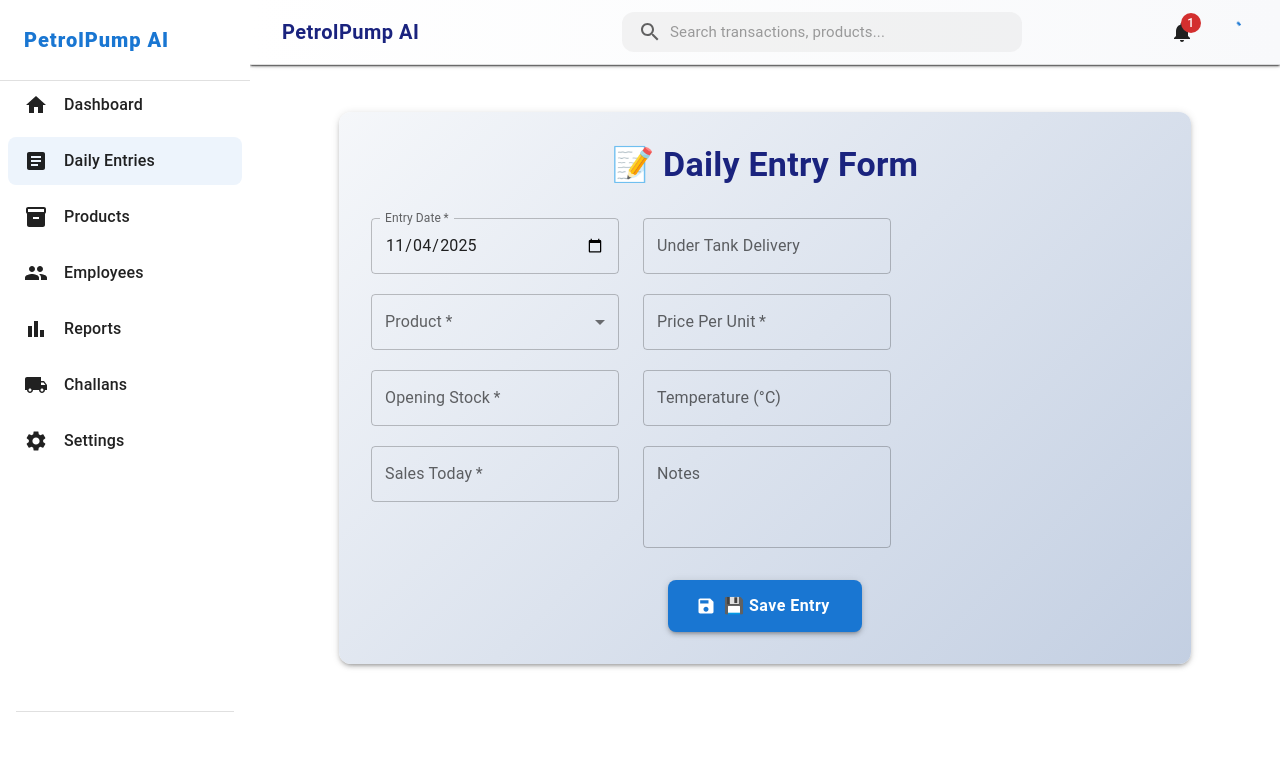
Repository: saquib0509/AI-Enabled-Retail-Management-
Page: /entries (app in frontend/)
An editor plug-in stored every save of this project. The page is shown before and after the next save, followed by the edit.
The browser window is 1280 px wide. The pictures show the whole page.
The page's requests for data from a server got no answer. The project was rebuilt for these pictures with package versions that can differ from the ones it lists, and the page was loaded fresh each time. No one was signed in, and anything a server would have sent is missing. Also part of the build but not shown: frontend/vite.config.ts, frontend/src/pages/Dashboard.tsx, frontend/src/components/EmployeeList.tsx, frontend/src/components/EmployeeForm.tsx, frontend/src/components/EmployeeAttendance.tsx, frontend/src/components/EmployeeSalary.tsx, frontend/src/pages/Employees.tsx, frontend/src/pages/Products.tsx and 10 more.

Above is the page before, as saved 2025-11-08 23:08:10.

After the next save:
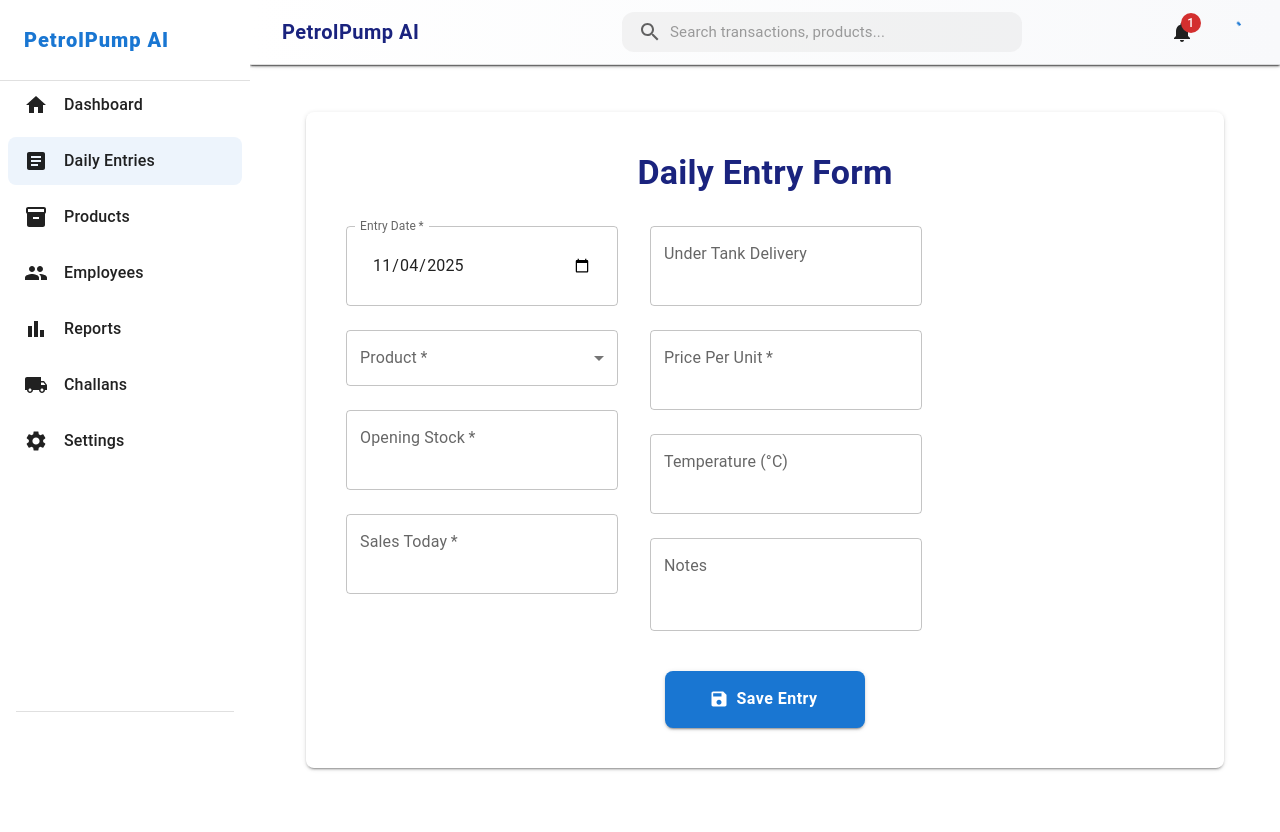
Saved 2 min 35 s later.
--- a/frontend/src/components/DailyEntryForm.tsx
+++ b/frontend/src/components/DailyEntryForm.tsx
@@ -76,7 +76,7 @@
     api
       .post("/daily-entries", formData)
       .then(() => {
-        alert("✓ Entry saved successfully!");
+        alert("Entry saved successfully!");
         setFormData({
           entryDate: new Date().toISOString().slice(0, 10),
           productId: "",
@@ -89,19 +89,19 @@
         });
       })
       .catch((err) =>
-        alert("❌ Failed: " + (err.response?.data?.error || err.message))
+        alert("Failed: " + (err.response?.data?.error || err.message))
       )
       .finally(() => setLoading(false));
   };
 
   return (
-    <Container maxWidth="md" sx={{ py: 4 }}>
+    <Container maxWidth="lg" sx={{ py: 4 }}>
       <Paper
-        elevation={3}
+        elevation={2}
         sx={{
-          p: 4,
-          borderRadius: 3,
-          background: "linear-gradient(135deg, #f5f7fa 0%, #c3cfe2 100%)",
+          p: 5,
+          borderRadius: 2,
+          background: "#ffffff",
         }}
       >
         <Typography
@@ -110,7 +110,7 @@
           gutterBottom
           sx={{ fontWeight: 700, color: "#1a237e", mb: 4 }}
         >
-          📝 Daily Entry Form
+          Daily Entry Form
         </Typography>
 
         <Box
@@ -118,10 +118,10 @@
           onSubmit={handleSubmit}
         >
           {/* Grid Layout - 2 Columns */}
-          <Grid container spacing={3}>
+          <Grid container spacing={4}>
             {/* Column 1 - Left Side */}
             <Grid item xs={12} sm={6}>
-              <Box sx={{ display: "flex", flexDirection: "column", gap: 2.5 }}>
+              <Box sx={{ display: "flex", flexDirection: "column", gap: 3 }}>
                 {/* Entry Date */}
                 <TextField
                   fullWidth
@@ -133,6 +133,13 @@
                   InputLabelProps={{ shrink: true }}
                   required
                   variant="outlined"
+                  size="medium"
+                  sx={{
+                    "& .MuiOutlinedInput-root": {
+                      fontSize: "1rem",
+                      padding: "12px",
+                    },
+                  }}
                 />
 
                 {/* Product */}
@@ -143,6 +150,13 @@
                     value={formData.productId}
                     label="Product"
                     onChange={handleChange}
+                    size="medium"
+                    sx={{
+                      "& .MuiOutlinedInput-root": {
+                        fontSize: "1rem",
+                        padding: "12px",
+                      },
+                    }}
                   >
                     <MenuItem value="">Select Product</MenuItem>
                     {products.map((p) => (
@@ -163,6 +177,13 @@
                   onChange={handleChange}
                   required
                   variant="outlined"
+                  size="medium"
+                  sx={{
+                    "& .MuiOutlinedInput-root": {
+                      fontSize: "1rem",
+                      padding: "12px",
+                    },
+                  }}
                 />
 
                 {/* Sales Today */}
@@ -175,13 +196,20 @@
                   onChange={handleChange}
                   required
                   variant="outlined"
+                  size="medium"
+                  sx={{
+                    "& .MuiOutlinedInput-root": {
+                      fontSize: "1rem",
+                      padding: "12px",
+                    },
+                  }}
                 />
               </Box>
             </Grid>
 
             {/* Column 2 - Right Side */}
             <Grid item xs={12} sm={6}>
-              <Box sx={{ display: "flex", flexDirection: "column", gap: 2.5 }}>
+              <Box sx={{ display: "flex", flexDirection: "column", gap: 3 }}>
                 {/* Under Tank Delivery */}
                 <TextField
                   fullWidth
@@ -191,6 +219,13 @@
                   value={formData.underTankDelivery}
                   onChange={handleChange}
                   variant="outlined"
+                  size="medium"
+                  sx={{
+                    "& .MuiOutlinedInput-root": {
+                      fontSize: "1rem",
+                      padding: "12px",
+                    },
+                  }}
                 />
 
                 {/* Price Per Unit */}
@@ -203,6 +238,13 @@
                   onChange={handleChange}
                   required
                   variant="outlined"
+                  size="medium"
+                  sx={{
+                    "& .MuiOutlinedInput-root": {
+                      fontSize: "1rem",
+                      padding: "12px",
+                    },
+                  }}
                 />
 
                 {/* Temperature */}
@@ -214,6 +256,13 @@
                   value={formData.temperature}
                   onChange={handleChange}
                   variant="outlined"
+                  size="medium"
+                  sx={{
+                    "& .MuiOutlinedInput-root": {
+                      fontSize: "1rem",
+                      padding: "12px",
+                    },
+                  }}
                 />
 
                 {/* Notes */}
@@ -226,14 +275,20 @@
                   value={formData.notes}
                   onChange={handleChange}
                   variant="outlined"
-                  placeholder="Add any additional notes..."
+                  size="medium"
+                  sx={{
+                    "& .MuiOutlinedInput-root": {
+                      fontSize: "1rem",
+                      padding: "12px",
+                    },
+                  }}
                 />
               </Box>
             </Grid>
           </Grid>
 
           {/* Submit Button */}
-          <Box sx={{ display: "flex", justifyContent: "center", mt: 4 }}>
+          <Box sx={{ display: "flex", justifyContent: "center", mt: 5 }}>
             <Button
               type="submit"
               variant="contained"
@@ -241,19 +296,19 @@
               startIcon={<SaveIcon />}
               disabled={loading}
               sx={{
-                px: 4,
-                py: 1.5,
+                px: 6,
+                py: 1.8,
                 fontWeight: 600,
                 borderRadius: 2,
                 textTransform: "none",
                 fontSize: "1rem",
-                boxShadow: 3,
+                boxShadow: 2,
                 "&:hover": {
-                  boxShadow: 6,
+                  boxShadow: 4,
                 },
               }}
             >
-              {loading ? "⏳ Saving..." : "💾 Save Entry"}
+              {loading ? "Saving..." : "Save Entry"}
             </Button>
           </Box>
         </Box>

After the save that followed:
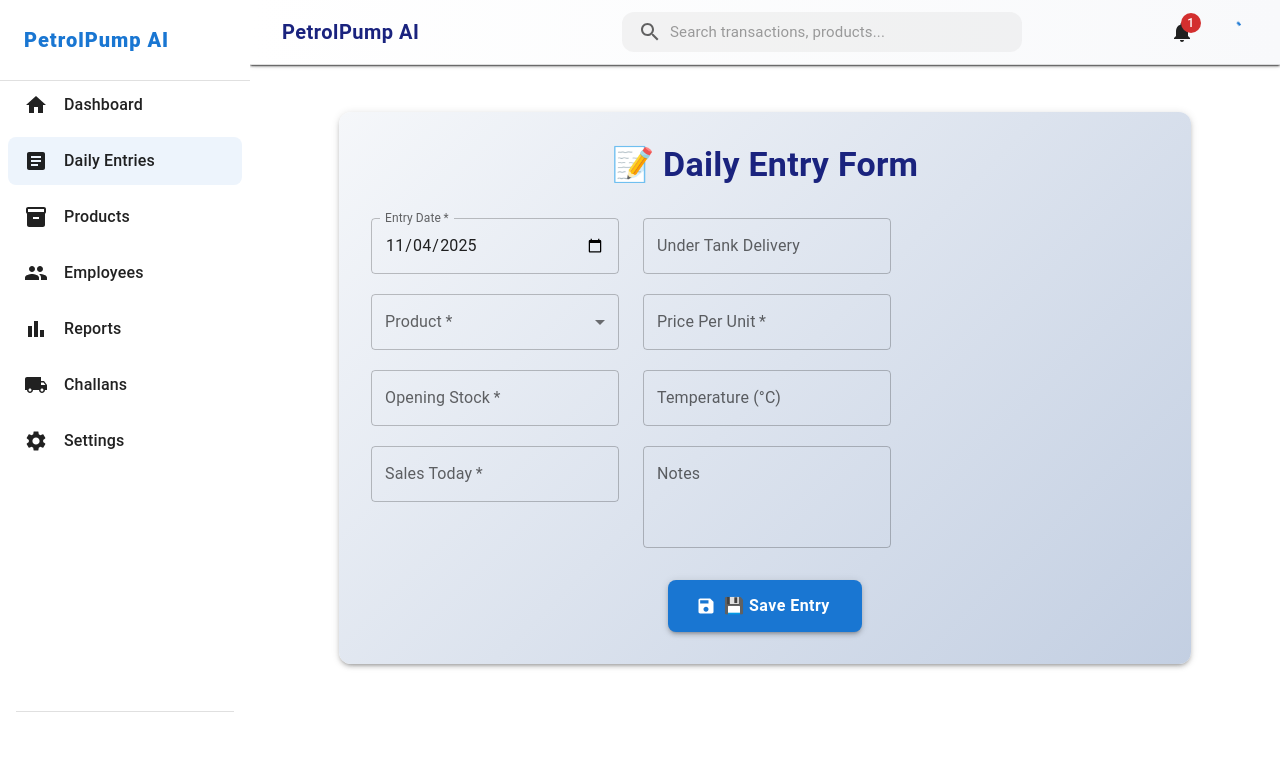
Saved 45 s later.
--- a/frontend/src/components/DailyEntryForm.tsx
+++ b/frontend/src/components/DailyEntryForm.tsx
@@ -76,7 +76,7 @@
     api
       .post("/daily-entries", formData)
       .then(() => {
-        alert("Entry saved successfully!");
+        alert("✓ Entry saved successfully!");
         setFormData({
           entryDate: new Date().toISOString().slice(0, 10),
           productId: "",
@@ -89,19 +89,19 @@
         });
       })
       .catch((err) =>
-        alert("Failed: " + (err.response?.data?.error || err.message))
+        alert("❌ Failed: " + (err.response?.data?.error || err.message))
       )
       .finally(() => setLoading(false));
   };
 
   return (
-    <Container maxWidth="lg" sx={{ py: 4 }}>
+    <Container maxWidth="md" sx={{ py: 4 }}>
       <Paper
-        elevation={2}
+        elevation={3}
         sx={{
-          p: 5,
-          borderRadius: 2,
-          background: "#ffffff",
+          p: 4,
+          borderRadius: 3,
+          background: "linear-gradient(135deg, #f5f7fa 0%, #c3cfe2 100%)",
         }}
       >
         <Typography
@@ -110,7 +110,7 @@
           gutterBottom
           sx={{ fontWeight: 700, color: "#1a237e", mb: 4 }}
         >
-          Daily Entry Form
+          📝 Daily Entry Form
         </Typography>
 
         <Box
@@ -118,10 +118,10 @@
           onSubmit={handleSubmit}
         >
           {/* Grid Layout - 2 Columns */}
-          <Grid container spacing={4}>
+          <Grid container spacing={3}>
             {/* Column 1 - Left Side */}
             <Grid item xs={12} sm={6}>
-              <Box sx={{ display: "flex", flexDirection: "column", gap: 3 }}>
+              <Box sx={{ display: "flex", flexDirection: "column", gap: 2.5 }}>
                 {/* Entry Date */}
                 <TextField
                   fullWidth
@@ -133,13 +133,6 @@
                   InputLabelProps={{ shrink: true }}
                   required
                   variant="outlined"
-                  size="medium"
-                  sx={{
-                    "& .MuiOutlinedInput-root": {
-                      fontSize: "1rem",
-                      padding: "12px",
-                    },
-                  }}
                 />
 
                 {/* Product */}
@@ -150,13 +143,6 @@
                     value={formData.productId}
                     label="Product"
                     onChange={handleChange}
-                    size="medium"
-                    sx={{
-                      "& .MuiOutlinedInput-root": {
-                        fontSize: "1rem",
-                        padding: "12px",
-                      },
-                    }}
                   >
                     <MenuItem value="">Select Product</MenuItem>
                     {products.map((p) => (
@@ -177,13 +163,6 @@
                   onChange={handleChange}
                   required
                   variant="outlined"
-                  size="medium"
-                  sx={{
-                    "& .MuiOutlinedInput-root": {
-                      fontSize: "1rem",
-                      padding: "12px",
-                    },
-                  }}
                 />
 
                 {/* Sales Today */}
@@ -196,20 +175,13 @@
                   onChange={handleChange}
                   required
                   variant="outlined"
-                  size="medium"
-                  sx={{
-                    "& .MuiOutlinedInput-root": {
-                      fontSize: "1rem",
-                      padding: "12px",
-                    },
-                  }}
                 />
               </Box>
             </Grid>
 
             {/* Column 2 - Right Side */}
             <Grid item xs={12} sm={6}>
-              <Box sx={{ display: "flex", flexDirection: "column", gap: 3 }}>
+              <Box sx={{ display: "flex", flexDirection: "column", gap: 2.5 }}>
                 {/* Under Tank Delivery */}
                 <TextField
                   fullWidth
@@ -219,13 +191,6 @@
                   value={formData.underTankDelivery}
                   onChange={handleChange}
                   variant="outlined"
-                  size="medium"
-                  sx={{
-                    "& .MuiOutlinedInput-root": {
-                      fontSize: "1rem",
-                      padding: "12px",
-                    },
-                  }}
                 />
 
                 {/* Price Per Unit */}
@@ -238,13 +203,6 @@
                   onChange={handleChange}
                   required
                   variant="outlined"
-                  size="medium"
-                  sx={{
-                    "& .MuiOutlinedInput-root": {
-                      fontSize: "1rem",
-                      padding: "12px",
-                    },
-                  }}
                 />
 
                 {/* Temperature */}
@@ -256,13 +214,6 @@
                   value={formData.temperature}
                   onChange={handleChange}
                   variant="outlined"
-                  size="medium"
-                  sx={{
-                    "& .MuiOutlinedInput-root": {
-                      fontSize: "1rem",
-                      padding: "12px",
-                    },
-                  }}
                 />
 
                 {/* Notes */}
@@ -275,20 +226,14 @@
                   value={formData.notes}
                   onChange={handleChange}
                   variant="outlined"
-                  size="medium"
-                  sx={{
-                    "& .MuiOutlinedInput-root": {
-                      fontSize: "1rem",
-                      padding: "12px",
-                    },
-                  }}
+                  placeholder="Add any additional notes..."
                 />
               </Box>
             </Grid>
           </Grid>
 
           {/* Submit Button */}
-          <Box sx={{ display: "flex", justifyContent: "center", mt: 5 }}>
+          <Box sx={{ display: "flex", justifyContent: "center", mt: 4 }}>
             <Button
               type="submit"
               variant="contained"
@@ -296,19 +241,19 @@
               startIcon={<SaveIcon />}
               disabled={loading}
               sx={{
-                px: 6,
-                py: 1.8,
+                px: 4,
+                py: 1.5,
                 fontWeight: 600,
                 borderRadius: 2,
                 textTransform: "none",
                 fontSize: "1rem",
-                boxShadow: 2,
+                boxShadow: 3,
                 "&:hover": {
-                  boxShadow: 4,
+                  boxShadow: 6,
                 },
               }}
             >
-              {loading ? "Saving..." : "Save Entry"}
+              {loading ? "⏳ Saving..." : "💾 Save Entry"}
             </Button>
           </Box>
         </Box>
